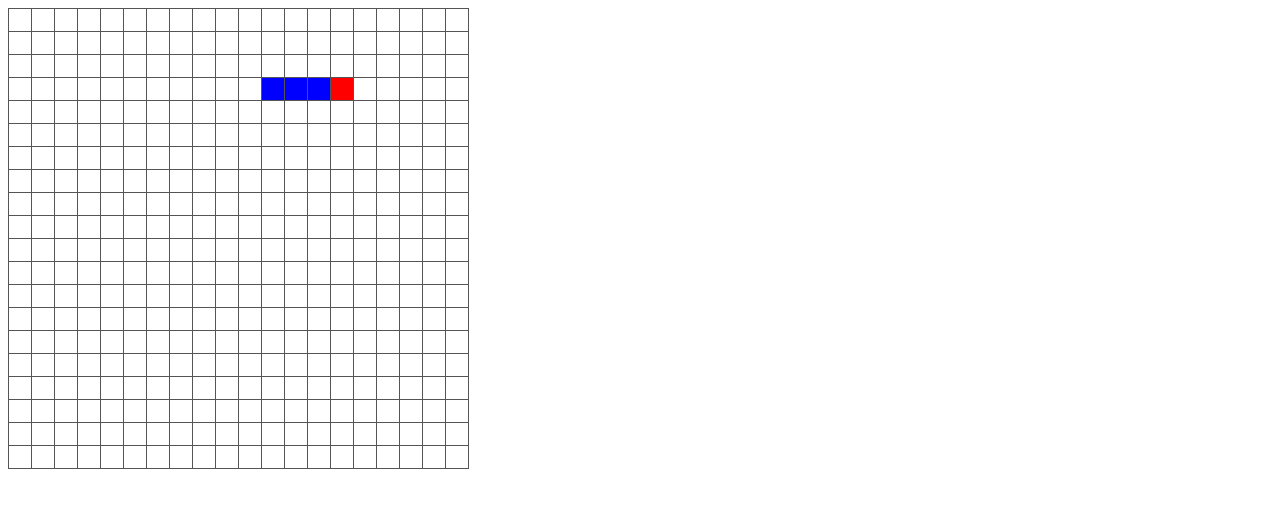
Repository: ycsheng/Games
Page: 01_snake/index.html
The author's editor kept a copy of each file at every save. The page is drawn from the files as they stood at one save, then again after the next save.
The browser window is 1280 px wide. The pictures show the whole page.

Above is the page before, as saved 2021-09-18 15:03:10.

After the next save:
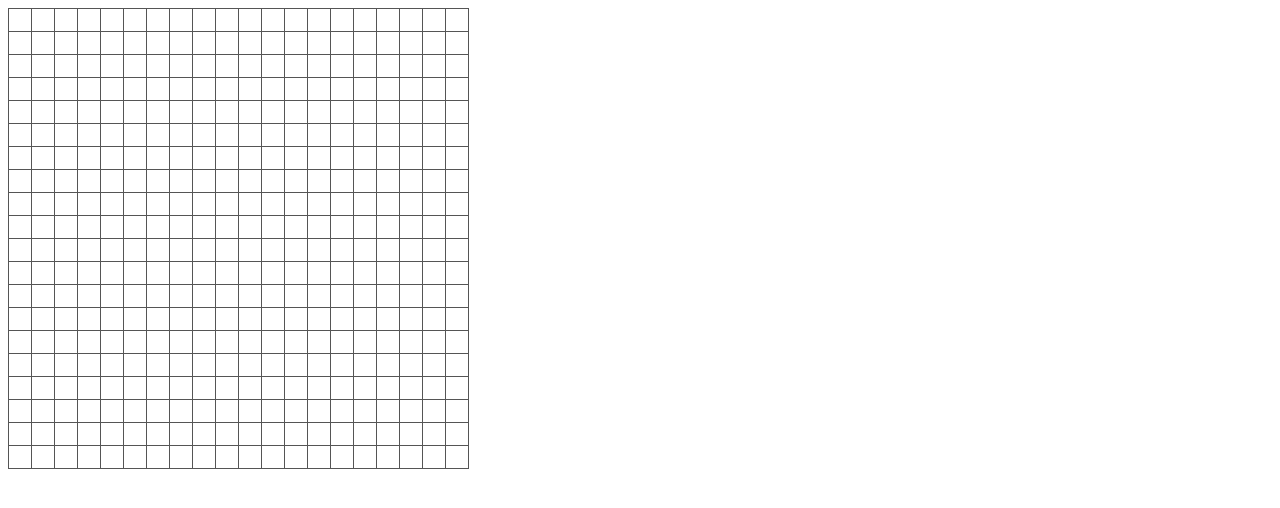
Saved 106 s later.
--- a/01_snake/js/Game.js
+++ b/01_snake/js/Game.js
@@ -52,13 +52,19 @@ Game.prototype.setColor = function(row, col, color) {
 }
 
 // 设置键盘的事件监听
+Game.prototype.bindEvent = function() {
 
-var timer = setInterval(function() {
-  // 定时器里面的核心就是游戏的渲染本质，清屏-更新-渲染
-  // 清除屏幕，解决蛇会边长但不运动
-  game.clear();
-  // 渲染蛇
-  game.snake.render();
-  // 蛇的运动
-  game.snake.update();
-}, 500)
+}
+
+// 定时器
+Game.prototype.start = function() {
+  this.timer = setInterval(function() {
+    // 定时器里面的核心就是游戏的渲染本质，清屏-更新-渲染
+    // 清除屏幕，解决蛇会边长但不运动
+    game.clear();
+    // 渲染蛇
+    game.snake.render();
+    // 蛇的运动
+    game.snake.update();
+  }, 500)
+}

After the save that followed:
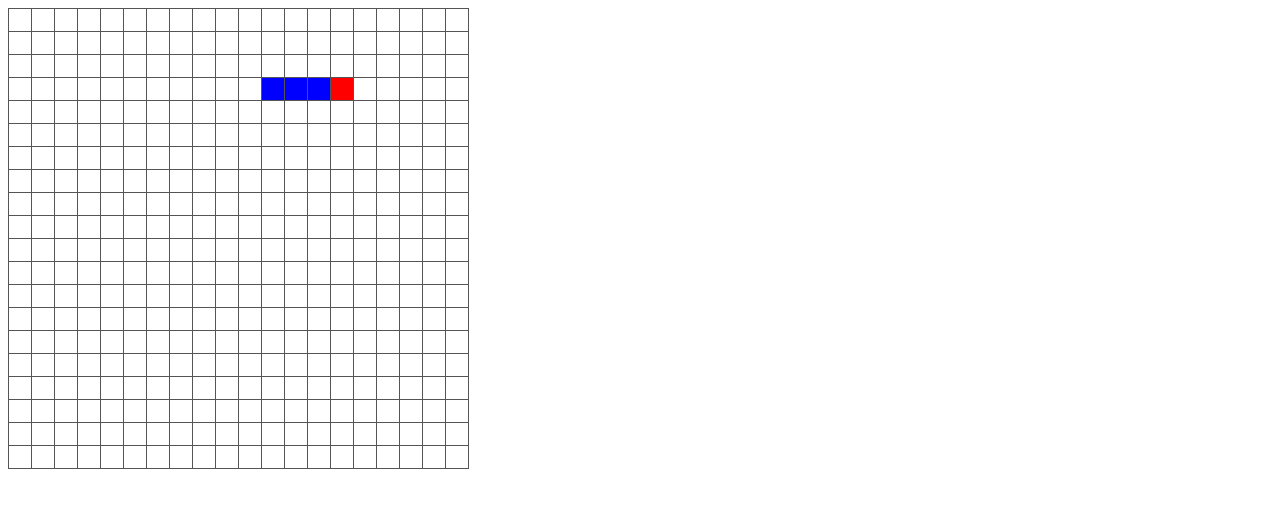
Saved 36 s later.
--- a/01_snake/js/Game.js
+++ b/01_snake/js/Game.js
@@ -12,7 +12,8 @@ function Game() {
   this.init();
   // 实例化蛇类
   this.snake = new Snake();
-
+  // 执行定时器任务
+  this.start();
   // this.snake.render();
 }
 // 舞台设计
